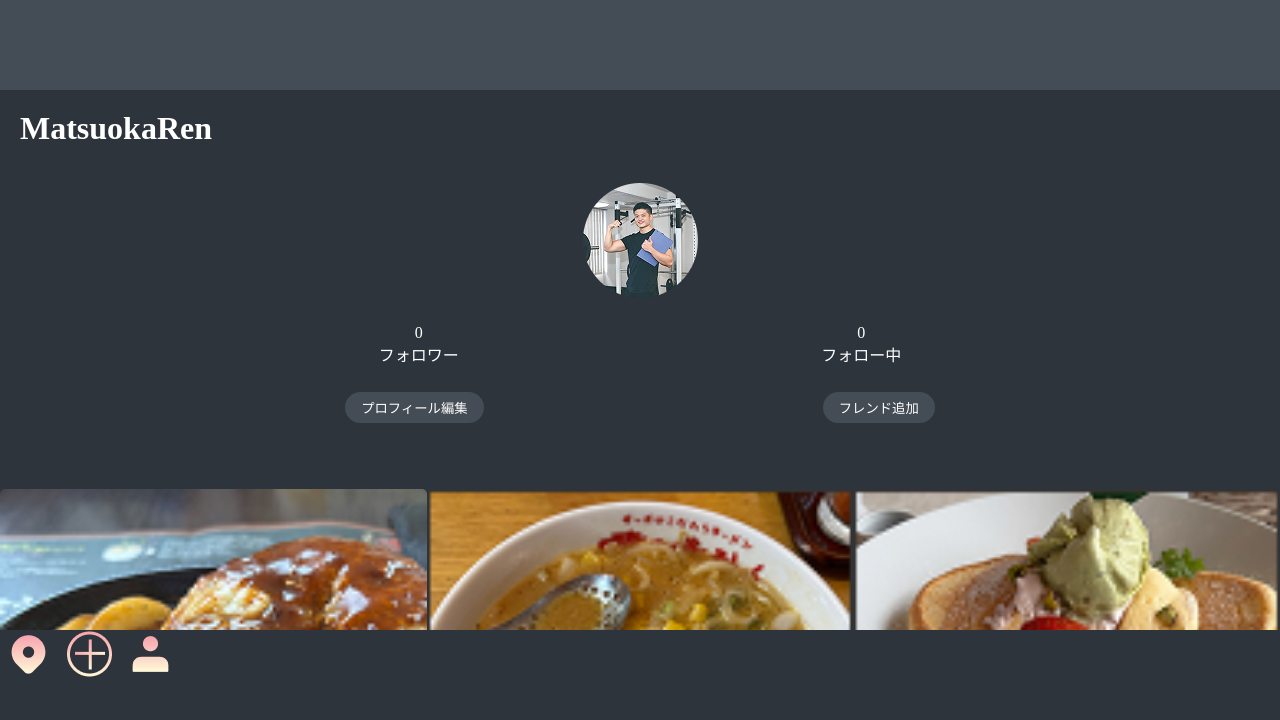
Repository: ren0714poo/respos
Page: profile.html
These files come from the project's save history. The page is drawn as it stood at one moment and after the next save; the edit follows.
The browser window is 1280 px wide. The pictures show the whole page.

Above is the page before, as saved 2025-07-17 15:42:55.

After the next save:
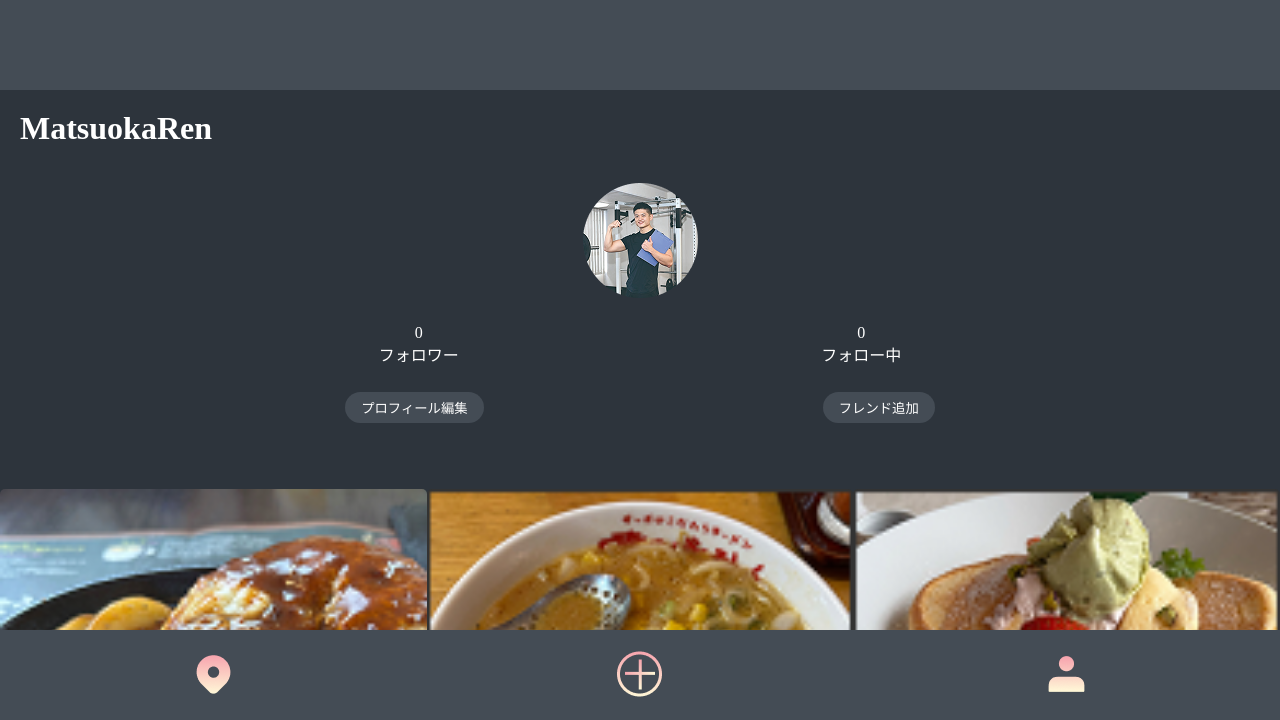
Saved 33 s later.
--- a/css/profile.css
+++ b/css/profile.css
@@ -192,7 +192,9 @@ textarea {
   cursor: pointer;
 }
 /* サブモーダル場所追加 */
-#closeLocationModal
+#closeLocationModal{
+  background: #FF9AA2;
+}
 
 
 
